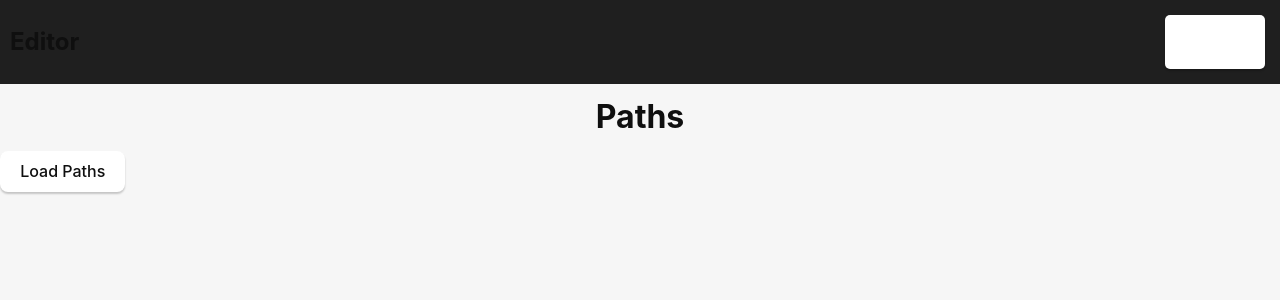
Repository: toasted226/visual-scripting-js
Page: /
These files come from the project's save history. The page is drawn as it stood at one moment and after the next save; the edit follows.
The browser window is 1280 px wide. The pictures show the whole page.
The project was rebuilt for these pictures with package versions that can differ from the ones it lists, and the page was loaded fresh each time. Also part of the build but not shown: vite.config.ts.

Above is the page before, as saved 2023-06-11 21:45:12.

After the next save:
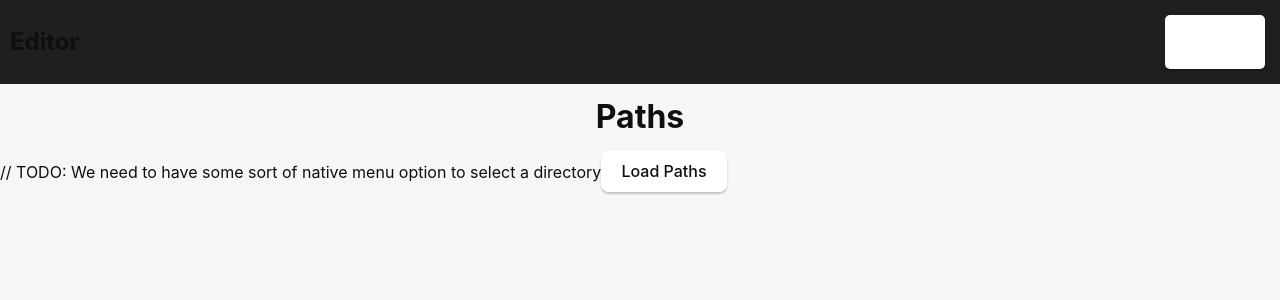
Saved 59 s later.
--- a/src/App.tsx
+++ b/src/App.tsx
@@ -22,6 +22,7 @@
             <Navbar />
             <div className="content">
                 <h1>Paths</h1>
+                // TODO: We need to have some sort of native menu option to select a directory
                 <button onClick={load_paths}>Load Paths</button>
                 {paths.map((path) => {
                     return <p>{path}</p>

After the save that followed:
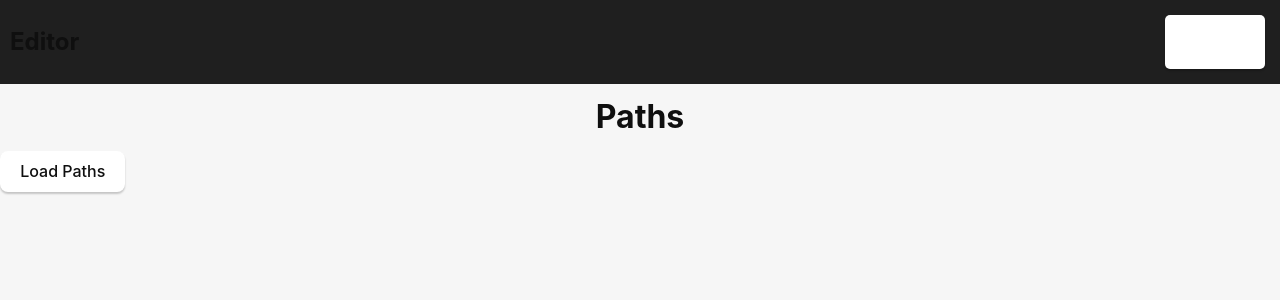
Saved 44 s later.
--- a/src/App.tsx
+++ b/src/App.tsx
@@ -22,7 +22,7 @@
             <Navbar />
             <div className="content">
                 <h1>Paths</h1>
-                // TODO: We need to have some sort of native menu option to select a directory
+                {/* TODO: We need to have some sort of native menu option to select a directory */}
                 <button onClick={load_paths}>Load Paths</button>
                 {paths.map((path) => {
                     return <p>{path}</p>
